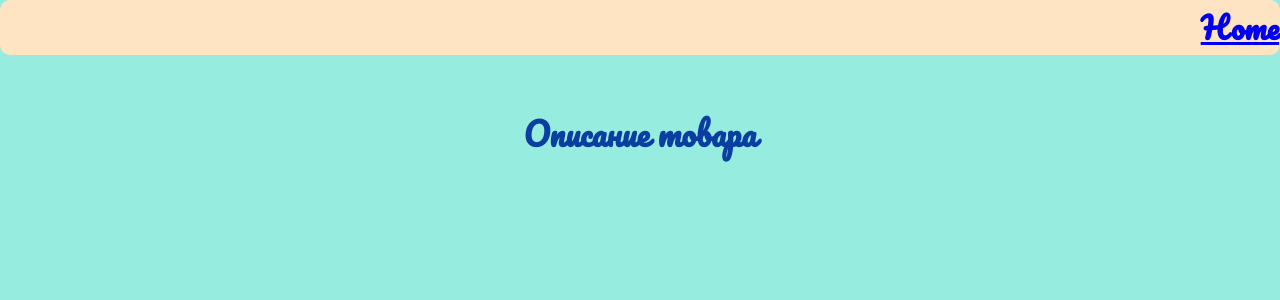
Repository: annamsklv/web
Page: seminar2_26.01/product page.html
An editor plug-in stored every save of this project. The page is shown before and after the next save, followed by the edit.
The browser window is 1280 px wide. The pictures show the whole page.
The pointer rests on the first visible `.home`.

Above is the page before, as saved 2023-02-01 20:12:09.

### seminar2_26.01/product page.html
<!DOCTYPE html>
<html lang="en">
<head>
    <meta charset="UTF-8">
    <meta http-equiv="X-UA-Compatible" content="IE-edge">
    <meta name="viewport" content="width=device-width, initial-scale=1.0">
    <div class="home">
        <a class="link" href="index.html">Home</a>
    </div>
    <title>Продукт</title>
    <link rel="preconnect" href="https://fonts.googleapis.com">
<link rel="preconnect" href="https://fonts.gstatic.com" crossorigin>
<link href="https://fonts.googleapis.com/css2?family=Pacifico&display=swap" rel="stylesheet">
    <link rel="stylesheet" href="product style.css">

</head>


<body>

    <div class="header">
    <div class="container"></div>
    <h1 class="title">Описание товара</h1>
    </div>
    </div>

    <div class="content">
        <div class="container">

        </div>
    </div>

<div class="footer">


</div>

</body>
</html>

### seminar2_26.01/product style.css
* {
    margin: 0;
    padding: 0;
}

body{
    background-color: rgb(150, 236, 222);
}
.container{
    width: 1200px;
    margin: 0 auto;
}

.title{
    text-align: center;
    margin-top: 50px;
    font-family: 'Pacifico';
    color: rgb(10, 63, 161);
}

.home{
    font-family: 'Pacifico', cursive;
    color: rgb(10, 63, 161);
    font-size: 30px;
    font-weight: bold;
    background-color: bisque;
    border-radius: 10px;
    display: block;
    border: 1px solid transparent;
    text-align: right;
}

.home:hover{

}

After the next save:
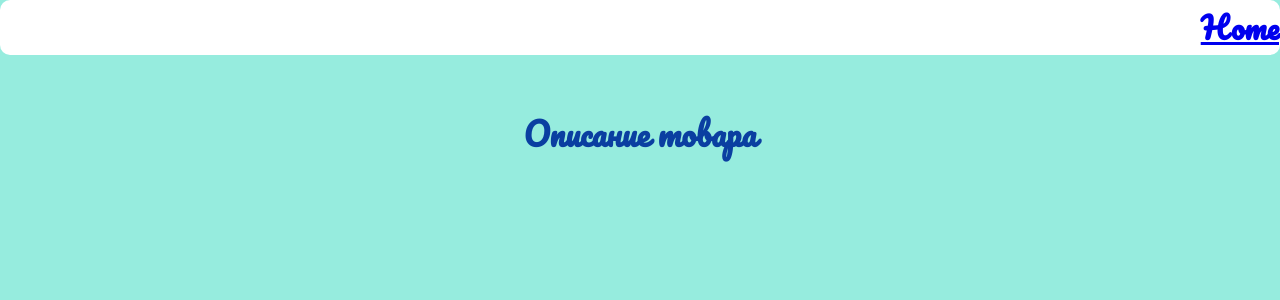
Saved 14 s later.
--- a/seminar2_26.01/product style.css
+++ b/seminar2_26.01/product style.css
@@ -31,5 +31,8 @@ body{
 }
 
 .home:hover{
+    border: 1 px solid darkmagenta;
+    color: darkmagenta;
+    background-color: white;
 
 }
